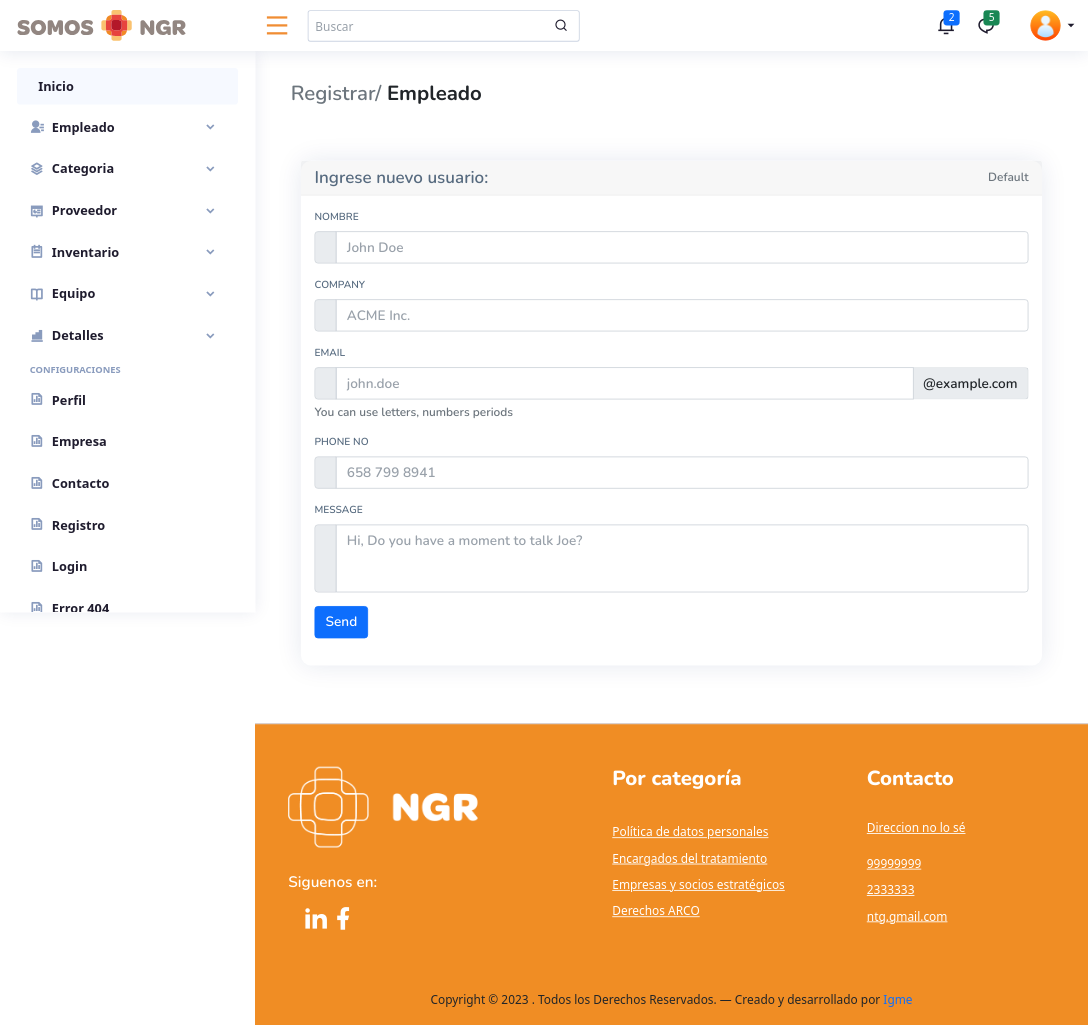
Repository: igmeMarcial/ProyectoLP-2023
Page: http://localhost/proyectoLP_2023/RegistrarEmpleado.jsp
These files come from the project's save history. The page is drawn as it stood at one moment and after the next save; the edit follows.
The browser window is 1280 px wide. The pictures show the whole page, at 85% of full size.
Some web fonts or font styles are not loaded; a fallback is used. The page is served by Tomcat 9. The template is opened directly, without the code that normally fills it, so the values that code supplies are empty.

Above is the page before, as saved 2023-03-23 04:05:30.

After the next save:
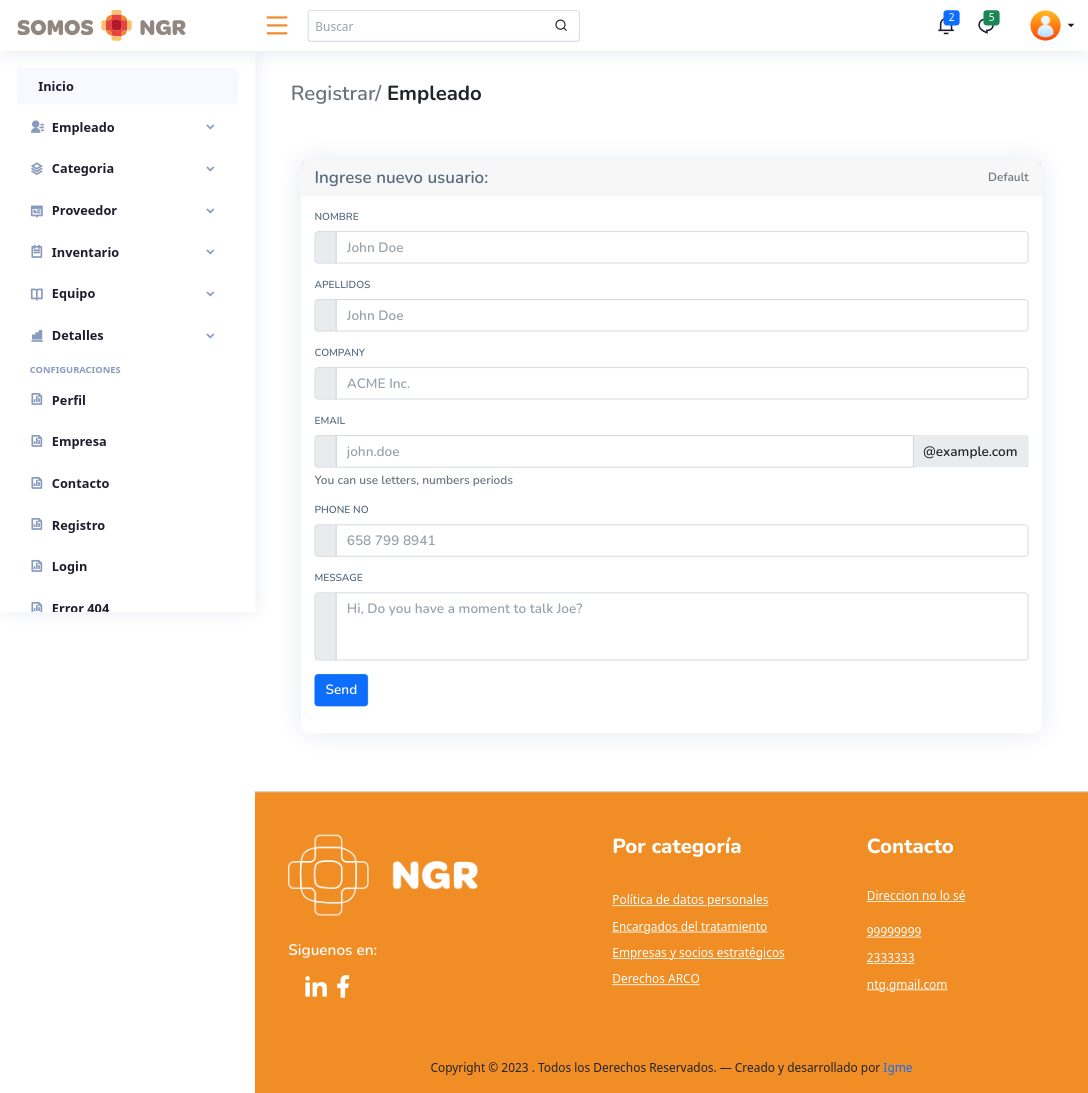
Saved 43 s later.
--- a/proyectoLP_2023/WebContent/RegistrarEmpleado.jsp
+++ b/proyectoLP_2023/WebContent/RegistrarEmpleado.jsp
@@ -311,6 +311,13 @@
 										</div>
 									</div>
 									<div class="mb-3">
+										<label class="form-label" for="basic-icon-default-fullname">Apellidos</label>
+										<div class="input-group input-group-merge">
+											<span id="basic-icon-default-fullname2" class="input-group-text"><i class="bx bx-user"></i></span>
+											<input type="text" class="form-control" id="basic-icon-default-fullname" placeholder="John Doe" aria-label="John Doe" aria-describedby="basic-icon-default-fullname2" />
+										</div>
+									</div>
+									<div class="mb-3">
 										<label class="form-label" for="basic-icon-default-company">Company</label>
 										<div class="input-group input-group-merge">
 											<span id="basic-icon-default-company2" class="input-group-text"><i class="bx bx-buildings"></i></span>
